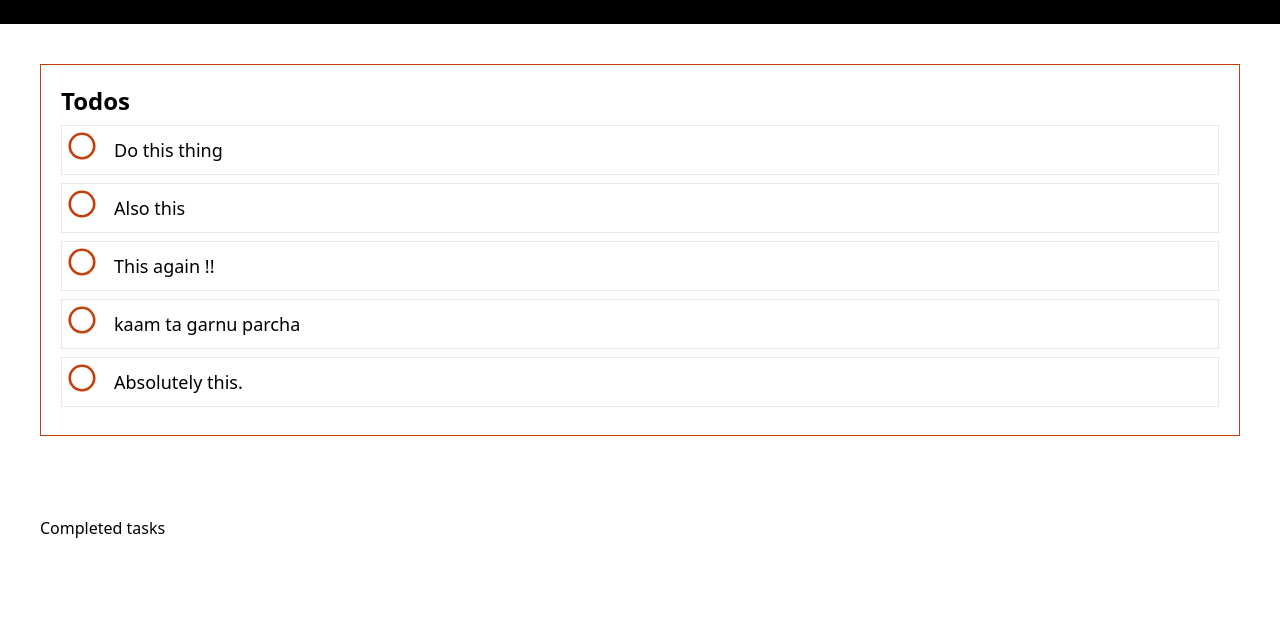
Repository: thekingisherenow/personalTodo
Page: /
The author's editor kept a copy of each file at every save. The page is drawn from the files as they stood at one save, then again after the next save.
The browser window is 1280 px wide. The pictures show the whole page.
The project was rebuilt for these pictures with package versions that can differ from the ones it lists, and the page was loaded fresh each time. The framework's server and built-in components were replaced by stand-ins that run in the browser. Also part of the build but not shown: next.config.js, styles/Home.module.css.

Above is the page before, as saved 2022-12-15 17:22:47.

After the next save:
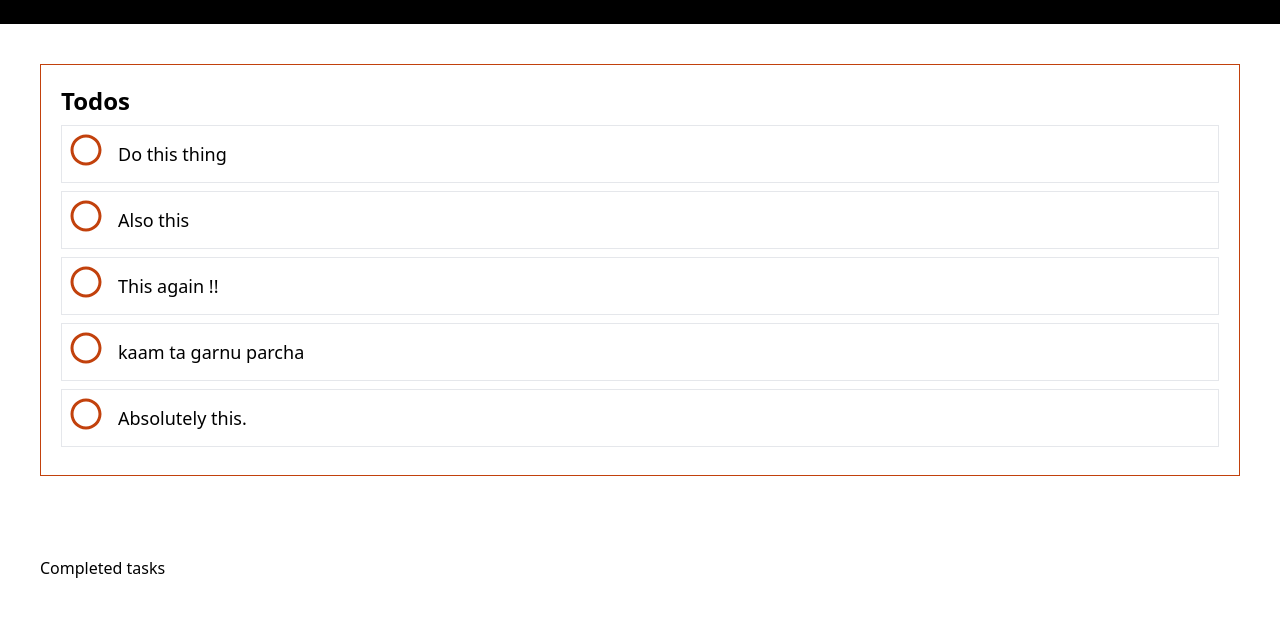
Saved 22 s later.
--- a/components/Todo.js
+++ b/components/Todo.js
@@ -7,15 +7,15 @@ function Todo({todo}) {
 
     //a function that removes the data.
   return (
-    <div className='border  p-1 my-2 flex'>
+    <div className='border  p-2 my-2 flex'>
         <div
          className=' w-8 h-8 flex justify-center items-center' onMouseEnter={()=>setCheck(true)}  onMouseLeave={()=>setCheck(false)} >
 
         { check?
 
 <FaRegCheckCircle
-className=' text-orange-700 w-7 h-7 ' /> :
-<FaRegCircle className='w-7 text-orange-700 h-7' />
+className=' text-orange-700 w-8 h-8 ' /> :
+<FaRegCircle className='w-8 text-orange-700 h-8' />
 }
 </div>
 
